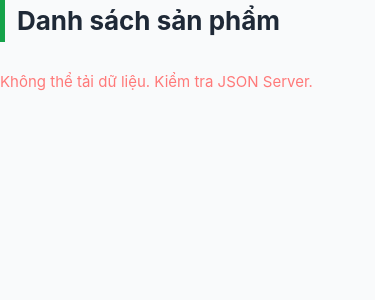
Repository: binhphanbp/WEB2064_JavaScript-Advanced_WD20305
Page: lesson/lesson6/project-cuongle/products.html
These files come from the project's save history. The page is drawn as it stood at one moment and after the next save; the edit follows.
The browser window is 375 px wide. The pictures show the whole page.
The page's requests for data from a server got no answer.

Above is the page before, as saved 2025-09-29 15:11:44.

### lesson/lesson6/project-cuongle/products.html
<!DOCTYPE html>
<html lang="vi">
  <head>
    <meta charset="UTF-8" />
    <meta name="viewport" content="width=device-width, initial-scale=1.0" />
    <title>Tất cả sản phẩm</title>
    <link rel="stylesheet" href="style.css" />
  </head>
  <body>
    <h2 class="section-title">Danh sách sản phẩm</h2>
    <section id="all-products" class="grid grid-4"></section>

    <script src="main.js" type="module"></script>
  </body>
</html>

### lesson/lesson6/project-cuongle/style.css
:root {
  --bg: #f9fafb;
  --card: #ffffff;
  --muted: #6b7280;
  --text: #1f2937;
  --brand: #16a34a; /* xanh lá chủ đạo */
  --brand-dark: #15803d; /* xanh lá đậm */
  --brand-light: #dcfce7; /* xanh nhạt */
  --radius: 12px;
  --shadow: 0 4px 16px rgba(0, 0, 0, 0.08);
}

* {
  box-sizing: border-box;
  margin: 0;
  padding: 0;
}

body {
  font-family: 'Inter', system-ui, Segoe UI, Roboto, Arial, sans-serif;
  background: var(--bg);
  color: var(--text);
  line-height: 1.6;
  font-size: 15px;
}

.container {
  max-width: 1280px;
  margin: 0 auto;
  padding: 0 20px;
}

/* ================= HEADER ================= */
.site-header {
  position: sticky;
  top: 0;
  background: #ffffffee;
  backdrop-filter: blur(8px);
  border-bottom: 1px solid #e5e7eb;
  z-index: 100;
}
.header-inner {
  display: flex;
  align-items: center;
  justify-content: space-between;
  height: 72px;
}
.logo {
  font-weight: 700;
  color: var(--brand);
  text-decoration: none;
  font-size: 24px;
}
.nav a {
  color: var(--muted);
  margin-left: 24px;
  text-decoration: none;
  font-weight: 500;
  transition: color 0.2s;
}
.nav a:hover {
  color: var(--brand-dark);
}

/* ================= BANNER ================= */
.banner {
  background: url('https://images.unsplash.com/photo-1511707171634-5f897ff02aa9?auto=format&fit=crop&w=1600&q=80')
    center/cover no-repeat;
  height: 420px;
  display: flex;
  align-items: center;
  justify-content: center;
  text-align: center;
  color: #fff;
  position: relative;
}
.banner::after {
  content: '';
  position: absolute;
  inset: 0;
  background: rgba(0, 0, 0, 0.55);
}
.banner-content {
  position: relative;
  z-index: 1;
  max-width: 700px;
  padding: 0 20px;
}
.banner-content h1 {
  font-size: 42px;
  font-weight: 800;
  margin-bottom: 16px;
}
.banner-content h1 span {
  color: var(--brand);
}
.banner-content p {
  margin-bottom: 24px;
  font-size: 18px;
  color: #e5e7eb;
}
.btn {
  display: inline-block;
  background: var(--brand);
  color: #fff;
  padding: 14px 28px;
  border-radius: 8px;
  text-decoration: none;
  font-weight: 600;
  transition: background 0.2s, transform 0.2s;
}
.btn:hover {
  background: var(--brand-dark);
  transform: translateY(-2px);
}

/* ================= SECTION ================= */
.section {
  padding: 48px 0;
}
.section-title {
  margin-bottom: 28px;
  font-size: 26px;
  font-weight: 700;
  color: var(--text);
  border-left: 5px solid var(--brand);
  padding-left: 12px;
}

/* ================= GRID ================= */
.grid {
  display: grid;
  gap: 24px;
}
.grid-4 {
  grid-template-columns: repeat(4, 1fr);
}

@media (max-width: 992px) {
  .grid-4 {
    grid-template-columns: repeat(2, 1fr);
  }
}
@media (max-width: 576px) {
  .grid-4,
  .grid {
    grid-template-columns: 1fr;
  }
}

/* ================= PRODUCT CARD ================= */
.product {
  background: var(--card);
  border-radius: var(--radius);
  box-shadow: var(--shadow);
  padding: 16px;
  text-align: center;
  transition: transform 0.25s ease, box-shadow 0.25s ease;
  position: relative;
}
.product:hover {
  transform: translateY(-4px);
  box-shadow: 0 8px 20px rgba(0, 0, 0, 0.12);
}
.product img {
  width: 100%;
  height: 220px;
  object-fit: contain;
  margin-bottom: 14px;
}
.product h3 {
  font-size: 16px;
  font-weight: 600;
  margin-bottom: 8px;
  height: 40px;
  overflow: hidden;
}
.product .price {
  color: var(--brand-dark);
  font-weight: 700;
  font-size: 15px;
  margin-bottom: 6px;
}
.product .category {
  font-size: 13px;
  color: var(--muted);
  margin-bottom: 12px;
}
.product button {
  background: var(--brand);
  color: #fff;
  border: none;
  padding: 10px 18px;
  border-radius: 6px;
  font-weight: 600;
  cursor: pointer;
  transition: background 0.2s, transform 0.2s;
}
.product button:hover {
  background: var(--brand-dark);
  transform: translateY(-1px);
}

/* Badge HOT */
.badge {
  position: absolute;
  top: 12px;
  left: 12px;
  background: var(--brand);
  color: #fff;
  font-size: 12px;
  font-weight: 700;
  padding: 5px 10px;
  border-radius: 999px;
  box-shadow: var(--shadow);
}

/* ================= CART BOX ================= */
.cart-box {
  background: var(--brand-light);
  border: 1px dashed var(--brand);
  border-radius: var(--radius);
  padding: 24px;
  text-align: center;
  color: var(--brand-dark);
  font-weight: 500;
}

/* ================= FOOTER ================= */
.site-footer {
  background: #064e3b;
  color: #d1fae5;
  padding: 48px 20px 24px;
  margin-top: 60px;
}
.footer-container {
  display: grid;
  grid-template-columns: repeat(4, 1fr);
  gap: 30px;
  max-width: 1280px;
  margin: 0 auto 24px;
}
.footer-col h4 {
  font-size: 16px;
  font-weight: 700;
  margin-bottom: 14px;
  color: #bbf7d0;
}
.footer-col ul {
  list-style: none;
  padding: 0;
  margin: 0;
}
.footer-col ul li {
  margin-bottom: 8px;
}
.footer-col ul li a {
  color: #d1fae5;
  text-decoration: none;
  font-size: 14px;
  transition: color 0.2s;
}
.footer-col ul li a:hover {
  color: #86efac;
}
.footer-col p {
  font-size: 14px;
  margin: 4px 0;
}
.footer-social {
  display: flex;
  gap: 12px;
  margin-top: 12px;
}
.footer-social a {
  color: #d1fae5;
  font-size: 18px;
  transition: color 0.2s;
}
.footer-social a:hover {
  color: #86efac;
}
.footer-bottom {
  text-align: center;
  border-top: 1px solid #065f46;
  padding-top: 14px;
  font-size: 13px;
  color: #a7f3d0;
}
@media (max-width: 768px) {
  .footer-container {
    grid-template-columns: repeat(2, 1fr);
  }
}
@media (max-width: 480px) {
  .footer-container {
    grid-template-columns: 1fr;
  }
}

/* ================= NEWS ================= */
.news-box {
  display: grid;
  gap: 20px;
}
.news-item {
  background: var(--brand-light);
  border-radius: 10px;
  box-shadow: 0 4px 12px rgba(0, 0, 0, 0.08);
  padding: 18px;
  transition: transform 0.25s, box-shadow 0.25s;
}
.news-item:hover {
  transform: translateY(-3px);
  box-shadow: 0 6px 18px rgba(0, 0, 0, 0.12);
}
.news-item h3 {
  font-size: 18px;
  font-weight: 700;
  margin-bottom: 8px;
  color: var(--brand-dark);
}
.news-item p {
  font-size: 14px;
  color: #065f46;
}

### lesson/lesson6/project-cuongle/main.js
class Product {
  constructor({ id, name, price, image, category, hot, description }) {
    this.id = id;
    this.name = name;
    this.price = price;
    this.image = image;
    this.category = category;
    this.hot = hot;
    this.description = description;
  }

  render(showBadge = false) {
    return `
      <article class="product">
        ${showBadge && this.hot ? `<span class="badge">HOT</span>` : ''}
        <img src="${this.image}" alt="${this.name}">
        <h3>${this.name}</h3>
        <p class="price">₫${Product.vnd(this.price)}</p>
        ${this.category ? `<p class="category">${this.category}</p>` : ''}
        <button>Thêm vào giỏ</button>
      </article>
    `;
  }

  static vnd(n) {
    return Number(n || 0).toLocaleString('vi-VN');
  }
}

class ProductList {
  constructor(api, container) {
    this.api = api;
    this.container = container;
    this.products = [];
  }

  async fetch() {
    const res = await fetch(this.api);
    if (!res.ok) throw new Error('Không lấy được dữ liệu sản phẩm');
    this.products = await res.json();
    return this.products;
  }

  render({ filterFn = () => true, limit, showBadge = false } = {}) {
    const list = this.products.filter(filterFn);
    const data = limit ? list.slice(0, limit) : list;

    this.container.innerHTML = data
      .map((p) => new Product(p).render(showBadge))
      .join('');
  }
}

const API = 'http://localhost:3000/products';

const elFeatured = document.getElementById('product-featured');
const elPhones = document.getElementById('product-phones');
const elLaptops = document.getElementById('product-laptops');
const elAllProducts = document.getElementById('all-products');

const productList = new ProductList(API, null);

(async () => {
  try {
    await productList.fetch();

    if (elFeatured) {
      productList.container = elFeatured;
      productList.render({
        filterFn: (p) => p.hot === true,
        limit: 4,
        showBadge: true,
      });
    }

    if (elPhones) {
      productList.container = elPhones;
      productList.render({
        filterFn: (p) =>
          (p.category || '').trim().toLowerCase() === 'điện thoại',
        limit: 4,
      });
    }

    if (elLaptops) {
      productList.container = elLaptops;
      productList.render({
        filterFn: (p) => (p.category || '').trim().toLowerCase() === 'laptop',
        limit: 4,
      });
    }

    if (elAllProducts) {
      productList.container = elAllProducts;
      productList.render();
    }
  } catch (err) {
    console.error(err);
    const errorHTML = `<p style="color:#ff7979">Không thể tải dữ liệu. Kiểm tra JSON Server.</p>`;
    if (elFeatured) elFeatured.innerHTML = errorHTML;
    if (elPhones) elPhones.innerHTML = errorHTML;
    if (elLaptops) elLaptops.innerHTML = errorHTML;
    if (elAllProducts) elAllProducts.innerHTML = errorHTML;
  }
})();

After the next save:
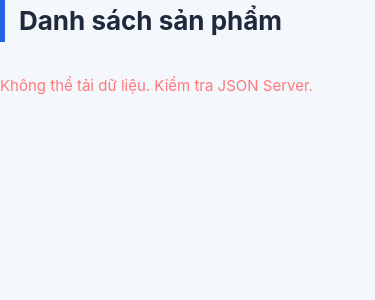
Saved 6 min 45 s later.
--- a/lesson/lesson6/project-cuongle/style.css
+++ b/lesson/lesson6/project-cuongle/style.css
@@ -1,13 +1,15 @@
 :root {
-  --bg: #f9fafb;
+  --bg: #f4f7fb;
   --card: #ffffff;
   --muted: #6b7280;
-  --text: #1f2937;
-  --brand: #16a34a; /* xanh lá chủ đạo */
-  --brand-dark: #15803d; /* xanh lá đậm */
-  --brand-light: #dcfce7; /* xanh nhạt */
+  --text: #1e293b;
+
+  --brand: #2563eb; /* xanh dương chủ đạo */
+  --brand-dark: #1d4ed8; /* xanh dương đậm */
+  --brand-light: #dbeafe; /* xanh dương nhạt */
+
   --radius: 12px;
-  --shadow: 0 4px 16px rgba(0, 0, 0, 0.08);
+  --shadow: 0 6px 18px rgba(0, 0, 0, 0.08);
 }
 
 * {
@@ -35,8 +37,8 @@
   position: sticky;
   top: 0;
   background: #ffffffee;
-  backdrop-filter: blur(8px);
-  border-bottom: 1px solid #e5e7eb;
+  backdrop-filter: blur(10px);
+  border-bottom: 1px solid #e2e8f0;
   z-index: 100;
 }
 .header-inner {
@@ -53,10 +55,10 @@
 }
 .nav a {
   color: var(--muted);
-  margin-left: 24px;
+  margin-left: 28px;
   text-decoration: none;
   font-weight: 500;
-  transition: color 0.2s;
+  transition: color 0.25s;
 }
 .nav a:hover {
   color: var(--brand-dark);
@@ -66,7 +68,7 @@
 .banner {
   background: url('https://images.unsplash.com/photo-1511707171634-5f897ff02aa9?auto=format&fit=crop&w=1600&q=80')
     center/cover no-repeat;
-  height: 420px;
+  height: 440px;
   display: flex;
   align-items: center;
   justify-content: center;
@@ -83,21 +85,22 @@
 .banner-content {
   position: relative;
   z-index: 1;
-  max-width: 700px;
+  max-width: 720px;
   padding: 0 20px;
 }
 .banner-content h1 {
-  font-size: 42px;
+  font-size: 44px;
   font-weight: 800;
   margin-bottom: 16px;
+  line-height: 1.2;
 }
 .banner-content h1 span {
   color: var(--brand);
 }
 .banner-content p {
-  margin-bottom: 24px;
+  margin-bottom: 28px;
   font-size: 18px;
-  color: #e5e7eb;
+  color: #e2e8f0;
 }
 .btn {
   display: inline-block;
@@ -107,24 +110,25 @@
   border-radius: 8px;
   text-decoration: none;
   font-weight: 600;
-  transition: background 0.2s, transform 0.2s;
+  transition: background 0.25s, transform 0.25s, box-shadow 0.25s;
 }
 .btn:hover {
   background: var(--brand-dark);
   transform: translateY(-2px);
+  box-shadow: 0 6px 14px rgba(37, 99, 235, 0.4);
 }
 
 /* ================= SECTION ================= */
 .section {
-  padding: 48px 0;
+  padding: 56px 0;
 }
 .section-title {
-  margin-bottom: 28px;
+  margin-bottom: 32px;
   font-size: 26px;
   font-weight: 700;
   color: var(--text);
   border-left: 5px solid var(--brand);
-  padding-left: 12px;
+  padding-left: 14px;
 }
 
 /* ================= GRID ================= */
@@ -142,8 +146,24 @@
   }
 }
 @media (max-width: 576px) {
-  .grid-4,
-  .grid {
+  .grid-4 {
+    grid-template-columns: 1fr;
+  }
+}
+
+/* ================= FEATURED ================= */
+#product-featured {
+  display: grid;
+  grid-template-columns: repeat(4, 1fr); /* luôn 4 cột trên desktop */
+  gap: 24px;
+}
+@media (max-width: 992px) {
+  #product-featured {
+    grid-template-columns: repeat(2, 1fr);
+  }
+}
+@media (max-width: 576px) {
+  #product-featured {
     grid-template-columns: 1fr;
   }
 }
@@ -153,14 +173,14 @@
   background: var(--card);
   border-radius: var(--radius);
   box-shadow: var(--shadow);
-  padding: 16px;
+  padding: 18px;
   text-align: center;
   transition: transform 0.25s ease, box-shadow 0.25s ease;
   position: relative;
 }
 .product:hover {
-  transform: translateY(-4px);
-  box-shadow: 0 8px 20px rgba(0, 0, 0, 0.12);
+  transform: translateY(-6px);
+  box-shadow: 0 10px 24px rgba(0, 0, 0, 0.12);
 }
 .product img {
   width: 100%;
@@ -172,7 +192,7 @@
   font-size: 16px;
   font-weight: 600;
   margin-bottom: 8px;
-  height: 40px;
+  height: 42px;
   overflow: hidden;
 }
 .product .price {
@@ -194,11 +214,12 @@
   border-radius: 6px;
   font-weight: 600;
   cursor: pointer;
-  transition: background 0.2s, transform 0.2s;
+  transition: background 0.25s, transform 0.25s, box-shadow 0.25s;
 }
 .product button:hover {
   background: var(--brand-dark);
-  transform: translateY(-1px);
+  transform: translateY(-2px);
+  box-shadow: 0 4px 10px rgba(37, 99, 235, 0.4);
 }
 
 /* Badge HOT */
@@ -228,15 +249,15 @@
 
 /* ================= FOOTER ================= */
 .site-footer {
-  background: #064e3b;
-  color: #d1fae5;
-  padding: 48px 20px 24px;
-  margin-top: 60px;
+  background: #1e3a8a;
+  color: #dbeafe;
+  padding: 56px 20px 28px;
+  margin-top: 64px;
 }
 .footer-container {
   display: grid;
   grid-template-columns: repeat(4, 1fr);
-  gap: 30px;
+  gap: 32px;
   max-width: 1280px;
   margin: 0 auto 24px;
 }
@@ -244,7 +265,7 @@
   font-size: 16px;
   font-weight: 700;
   margin-bottom: 14px;
-  color: #bbf7d0;
+  color: #bfdbfe;
 }
 .footer-col ul {
   list-style: none;
@@ -255,13 +276,13 @@
   margin-bottom: 8px;
 }
 .footer-col ul li a {
-  color: #d1fae5;
+  color: #dbeafe;
   text-decoration: none;
   font-size: 14px;
-  transition: color 0.2s;
+  transition: color 0.25s;
 }
 .footer-col ul li a:hover {
-  color: #86efac;
+  color: #93c5fd;
 }
 .footer-col p {
   font-size: 14px;
@@ -273,19 +294,19 @@
   margin-top: 12px;
 }
 .footer-social a {
-  color: #d1fae5;
+  color: #dbeafe;
   font-size: 18px;
-  transition: color 0.2s;
+  transition: color 0.25s;
 }
 .footer-social a:hover {
-  color: #86efac;
+  color: #93c5fd;
 }
 .footer-bottom {
   text-align: center;
-  border-top: 1px solid #065f46;
+  border-top: 1px solid #1e40af;
   padding-top: 14px;
   font-size: 13px;
-  color: #a7f3d0;
+  color: #bfdbfe;
 }
 @media (max-width: 768px) {
   .footer-container {
@@ -305,22 +326,22 @@
 }
 .news-item {
   background: var(--brand-light);
-  border-radius: 10px;
-  box-shadow: 0 4px 12px rgba(0, 0, 0, 0.08);
-  padding: 18px;
+  border-radius: 12px;
+  box-shadow: 0 4px 14px rgba(0, 0, 0, 0.08);
+  padding: 20px;
   transition: transform 0.25s, box-shadow 0.25s;
 }
 .news-item:hover {
-  transform: translateY(-3px);
-  box-shadow: 0 6px 18px rgba(0, 0, 0, 0.12);
+  transform: translateY(-4px);
+  box-shadow: 0 8px 20px rgba(0, 0, 0, 0.12);
 }
 .news-item h3 {
   font-size: 18px;
   font-weight: 700;
-  margin-bottom: 8px;
+  margin-bottom: 10px;
   color: var(--brand-dark);
 }
 .news-item p {
   font-size: 14px;
-  color: #065f46;
-}
+  color: #1e40af;
+}
